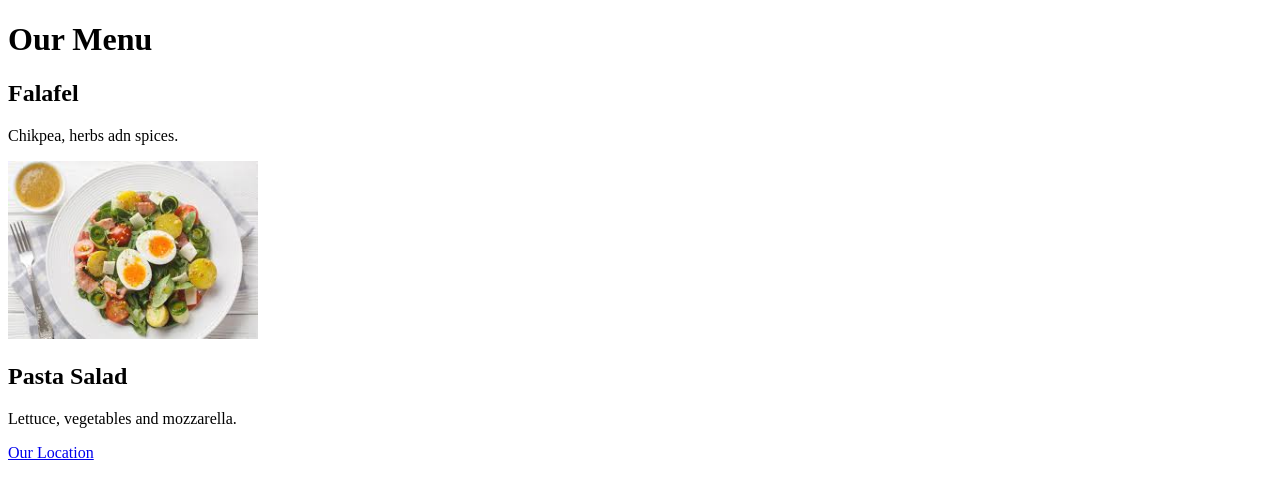
Repository: GiraldoNainggolan/Meta-Coursera
Page: Pengembang Front-End Meta/Modul 2/Mencoba/index.html
The author's editor kept a copy of each file at every save. The page is drawn from the files as they stood at one save, then again after a run of saves.
The browser window is 1280 px wide. The pictures show the whole page.

Above is the page before, as saved 2025-01-25 23:57:51.

### Pengembang Front-End Meta/Modul 2/Mencoba/index.html
<!DOCTYPE html>
<html>
    <head>
        <title> Title Lemon</title>
    </head>
    <body>
        <h1>Our Menu</h1>
        <h2>Falafel</h2>
        <p>Chikpea, herbs adn spices.</p>
        <img src="salad.jpg" alt="gambar" width="250">
        <h2>Pasta Salad</h2>
        <p>Lettuce, vegetables and mozzarella.</p>
        <a href="location.html">Our Location</a>
    </body>
</html>

After the next 2 saves:
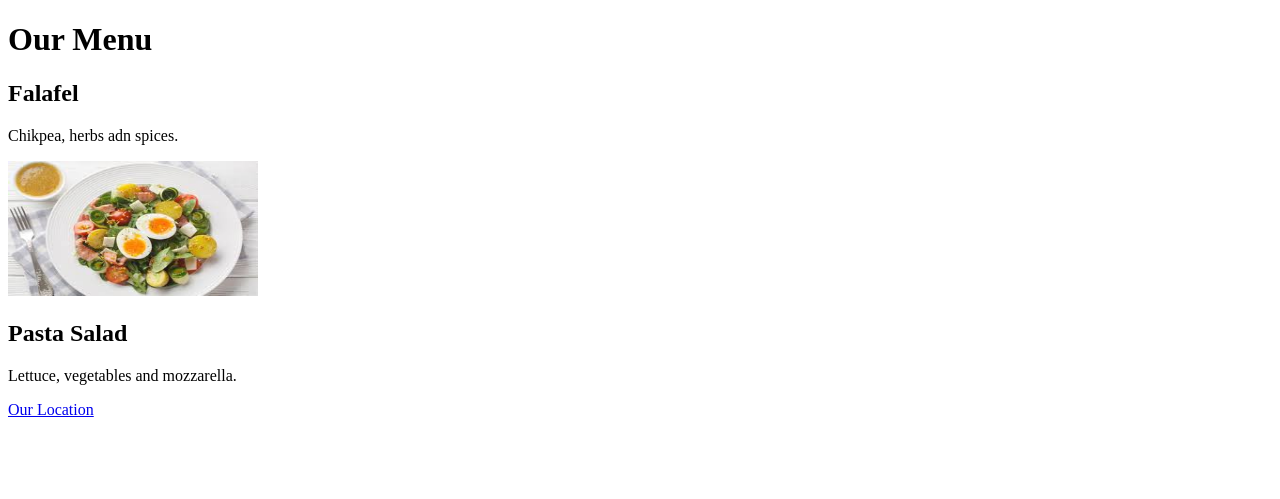
The 2 saves are shown as one change because they came seconds apart.
The last was saved 8 s later.
--- a/Pengembang Front-End Meta/Modul 2/Mencoba/index.html
+++ b/Pengembang Front-End Meta/Modul 2/Mencoba/index.html
@@ -7,7 +7,7 @@
         <h1>Our Menu</h1>
         <h2>Falafel</h2>
         <p>Chikpea, herbs adn spices.</p>
-        <img src="salad.jpg" alt="gambar" width="250">
+        <img src="salad.jpg" alt="gambar" width="250" height="135">
         <h2>Pasta Salad</h2>
         <p>Lettuce, vegetables and mozzarella.</p>
         <a href="location.html">Our Location</a>
